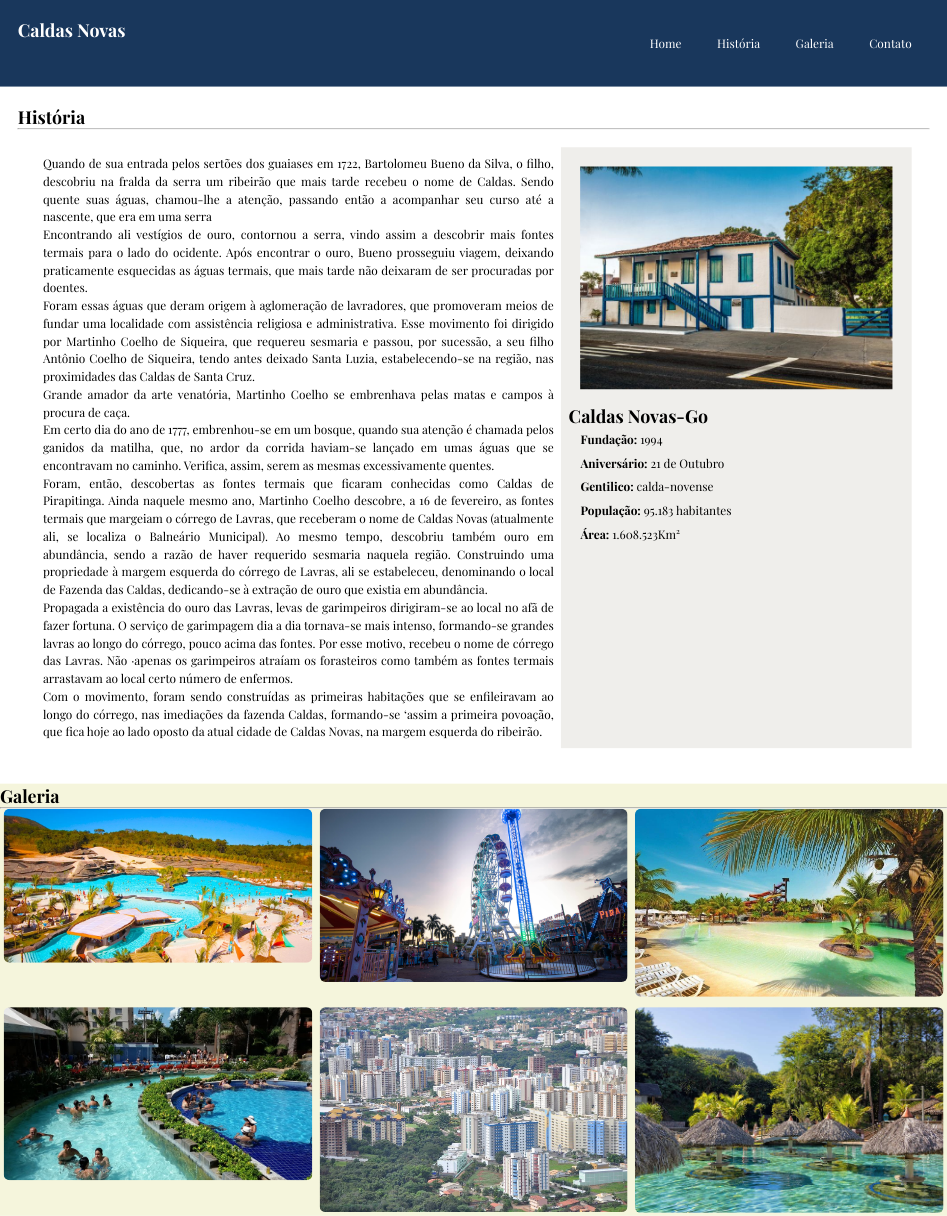
Repository: AbiezerSidonioJoseOdanacaJunior/DesafioLocalTuristico
Page: index.html
The author's editor kept a copy of each file at every save. The page is drawn from the files as they stood at one save, then again after the next save.
The browser window is 1280 px wide. The pictures show the whole page, at 74% of full size.
Some web fonts or font styles are not loaded; a fallback is used.

Above is the page before, as saved 2024-11-11 17:22:04.

### index.html
<!DOCTYPE html>
<html lang="pt-br">
<head>
    <link rel="preconnect" href="https://fonts.googleapis.com">
    <link rel="preconnect" href="https://fonts.gstatic.com" crossorigin>
    <meta charset="UTF-8">
    <meta name="viewport" content="width=device-width, initial-scale=1.0">
    <title>Caldas Novas</title>
    <link rel="stylesheet" href="./css/style.css">
    <link href="https://fonts.googleapis.com/css2?family=Alice&family=Playfair+Display:ital,wght@0,400..900;1,400..900&display=swap" rel="stylesheet">
</head>
<body>
    <div id="page">
        <nav>
            <!-- <img src="./img/clds.png" alt="logo Caldas novas"> -->
             <h1>Caldas Novas</h1>
            <ul>
                <li><a href="#home">Home</a></li>
                <li><a href="#history">História</a></li>
                <li><a href="#gallery">Galeria</a></li>
                <li><a href="#contact">Contato</a></li>
            </ul>
        </nav>
        <main>
            <section id="history">
                <h1>História</h1>
                <hr>
               <div id="about">
                <div id="text-history">
                    <p>Quando de sua entrada pelos sertões dos guaiases em 1722, Bartolomeu Bueno da Silva, o filho, descobriu na fralda da serra um ribeirão que mais tarde recebeu o nome de Caldas. Sendo quente suas águas, chamou-lhe a atenção, passando então a acompanhar seu curso até a nascente, que era em uma serra</p>
                    <p>Encontrando ali vestígios de ouro, contornou a serra, vindo assim a descobrir mais fontes termais para o lado do ocidente. Após encontrar o ouro, Bueno prosseguiu viagem, deixando praticamente esquecidas as águas termais, que mais tarde não deixaram de ser procuradas por doentes.</p>
                    <p>Foram essas águas que deram origem à aglomeração de lavradores, que promoveram meios de fundar uma localidade com assistência religiosa e administrativa. Esse movimento foi dirigido por Martinho Coelho de Siqueira, que requereu sesmaria e passou, por sucessão, a seu filho Antônio Coelho de Siqueira, tendo antes deixado Santa Luzia, estabelecendo-se na região, nas proximidades das Caldas de Santa Cruz.</p>
                    <p>Grande amador da arte venatória, Martinho Coelho se embrenhava pelas matas e campos à procura de caça.</p>
                    <p>Em certo dia do ano de 1777, embrenhou-se em um bosque, quando sua atenção é chamada pelos ganidos da matilha, que, no ardor da corrida haviam-se lançado em umas águas que se encontravam no caminho. Verifica, assim, serem as mesmas excessivamente quentes.</p>
                    <p>Foram, então, descobertas as fontes termais que ficaram conhecidas como Caldas de Pirapitinga. Ainda naquele mesmo ano, Martinho Coelho descobre, a 16 de fevereiro, as fontes termais que margeiam o córrego de Lavras, que receberam o nome de Caldas Novas (atualmente ali, se localiza o Balneário Municipal). Ao mesmo tempo, descobriu também ouro em abundância, sendo a razão de haver requerido sesmaria naquela região. Construindo uma propriedade à margem esquerda do córrego de Lavras, ali se estabeleceu, denominando o local de Fazenda das Caldas, dedicando-se à extração de ouro que existia em abundância.</p>
                    <p>Propagada a existência do ouro das Lavras, levas de garimpeiros dirigiram-se ao local no afã de fazer fortuna. O serviço de garimpagem dia a dia tornava-se mais intenso, formando-se grandes lavras ao longo do córrego, pouco acima das fontes. Por esse motivo, recebeu o nome de córrego das Lavras. Não ·apenas os garimpeiros atraíam os forasteiros como também as fontes termais arrastavam ao local certo número de enfermos.</p>
                    <p>Com o movimento, foram sendo construídas as primeiras habitações que se enfileiravam ao longo do córrego, nas imediações da fazenda Caldas, formando-se ‘assim a primeira povoação, que fica hoje ao lado oposto da atual cidade de Caldas Novas, na margem esquerda do ribeirão.</p>
                </div>
                <div id="image-history">
                    <img src="./img/imghistory.jpg" alt="Imagem Caldas">
                    <h2>Caldas Novas-Go</h2>
                    <p><b>Fundação:</b> 1994 </p>
                    <p><b>Aniversário:</b> 21 de Outubro </p>
                    <p><b>Gentilico:</b> calda-novense </p>
                    <p><b>População:</b> 95.183 habitantes</p>
                    <p><b>Área:</b> 1.608.523Km²</p>
                </div>
               </div>
            </section>
            <section id="gallery">
                <h2>Galeria</h2>
                <hr>
            <div id="fotos">
                <div class="fotos-item">
                    <img src="./img/foto1.jpg" alt=" foto caldas">
                </div>
                <div class="fotos-item">
                    <img src="./img/foto2.jpg" alt=" foto caldas">
                </div>
                <div class="fotos-item">
                    <img src="./img/foto3.jpg" alt=" foto caldas">
                </div>
                <div class="fotos-item">
                    <img src="./img/foto4.jpg" alt=" foto caldas">
                </div>
                <div class="fotos-item">
                    <img src="./img/foto5.jpg" alt=" foto caldas">
                </div>
                <div class="fotos-item">
                    <img src="./img/foto6.jpg" alt=" foto caldas">
                </div>
            </div>
            </section>
        </main>
    </div>

</body>
</html>

### css/style.css
* {
    padding: 0;
    margin: 0;
    box-sizing: border-box;
}
body{
    font-family: "Playfair Display", serif;
}

nav {
    display: flex;
    background-color: #19375c;
}

nav img {
    width: 116px;
    height: 92px;
}

nav h1{
    color:#fff;
    padding: 24px;
}

ul{
    display: flex;
    padding: 24px;
    margin-left: auto;
}

ul li {
    padding: 24px;
    list-style: none;
}

ul li a {
    text-decoration: none;
    color: #fff;
}

#history {
    width: 100%;
    height: 100%;
    padding: 24px;
    box-sizing: border-box;

}

#about {
    display: flex;
    width: 100%;
    max-width: 100vw;
    overflow-x: hidden;;
    padding: 24px;
}

#text-history {
    flex: 0 0 60%;
    padding: 10px;
    text-align: justify;
    line-height: 24px;
}

#image-history {
    flex: 0 0 40%; /* Ocupa 25% da largura */
    padding: 10px;
    background-color: #efeeeb;
}

#image-history img {
    max-width: 100%;
    height: auto;
    padding: 16px;
}
#image-history p{
    line-height: 32px;
    padding-left: 16px;
}

#gallery{
    background-color: beige;
}

#fotos {
    display: flex;
    flex-wrap: wrap; /* Permite que os itens quebrem para novas linhas */
    gap: 10px; /* Espaço entre os itens */
    max-width: 100%; /* Ocupa toda a largura da tela */
    justify-content: center; /* Centraliza a galeria */
}

.fotos-item {
    flex: 0 0 calc(33.33% - 10px); /* Cada item ocupa aproximadamente 1/3 da linha */
    box-sizing: border-box; /* Inclui padding e borda na largura total */
}

.fotos-item img{
    width: 100%; /* Faz a imagem ocupar toda a largura do contêiner */
    height: auto;
    border-radius: 8px; /* Opcional: adiciona bordas arredondadas */
}

After the next save:
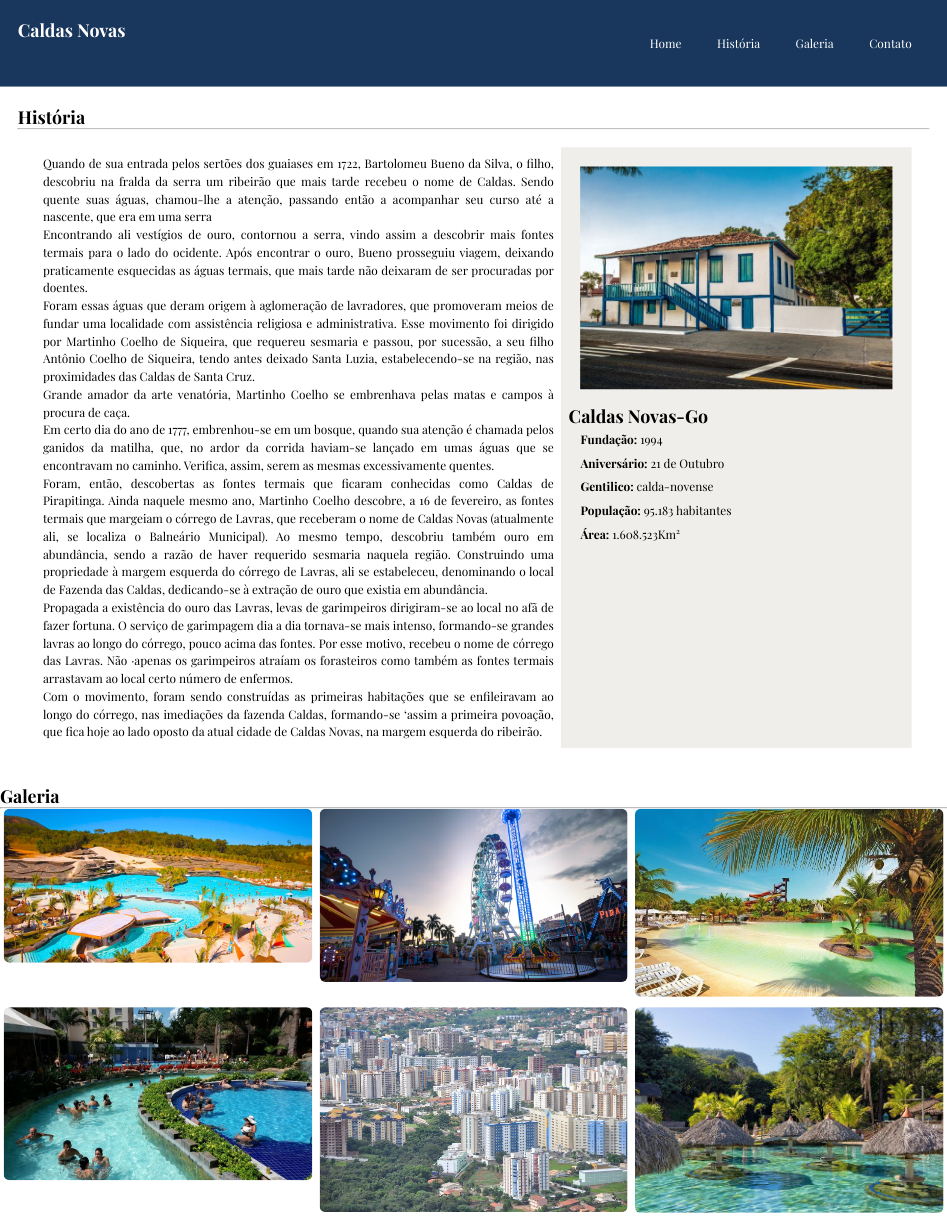
Saved 5 min 28 s later.
--- a/css/style.css
+++ b/css/style.css
@@ -78,7 +78,8 @@
 }
 
 #gallery{
-    background-color: beige;
+    width: 100%;
+    height: 100%;
 }
 
 #fotos {
